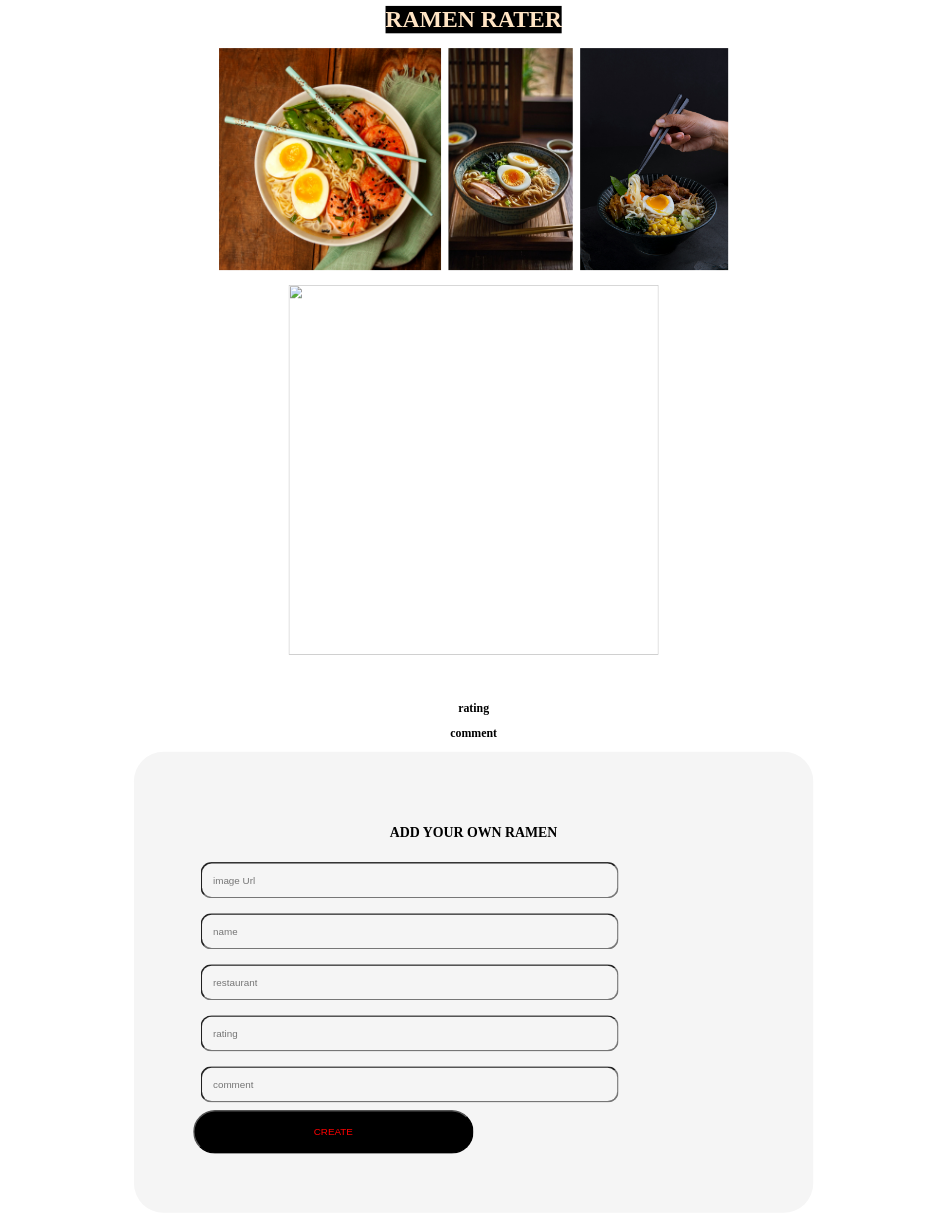
Repository: travinne/travthegr88
Page: mkadi/test/assignments/code-challanges/ramen-rating-app/index.html
These files come from the project's save history. The page is drawn as it stood at one moment and after the next save; the edit follows.
The browser window is 1280 px wide. The pictures show the whole page, at 74% of full size.

Above is the page before, as saved 2025-03-20 16:01:32.

After the next save:
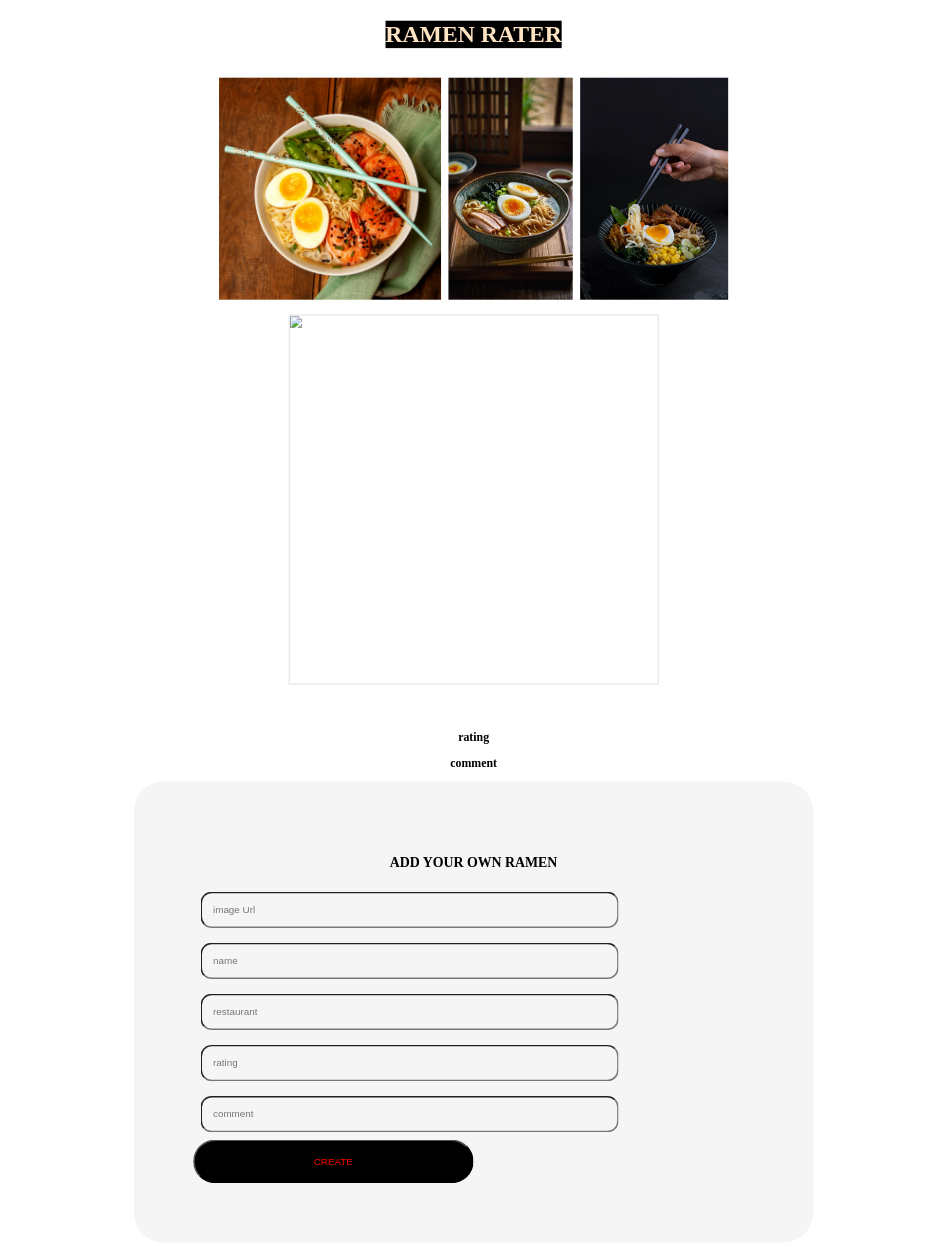
Saved 43 s later.
--- a/mkadi/test/assignments/code-challanges/ramen-rating-app/css/style.css
+++ b/mkadi/test/assignments/code-challanges/ramen-rating-app/css/style.css
@@ -8,8 +8,8 @@
 
 h1{background-color: black;
 color: bisque;
-margin: 0%;
-padding: 10;}
+margin: 20px;
+}
 
 
 
